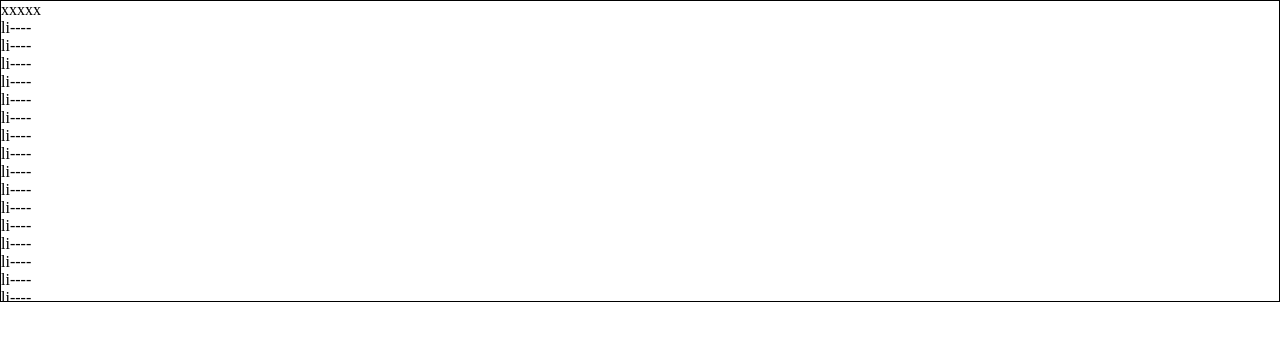
Repository: qirong77/milk-editor
Page: src/renderer/src/common/scroll.html
The author's editor kept a copy of each file at every save. The page is drawn from the files as they stood at one save, then again after the next save.
The browser window is 1280 px wide. The pictures show the whole page.

Above is the page before, as saved 2022-10-23 03:18:01.

After the next save:
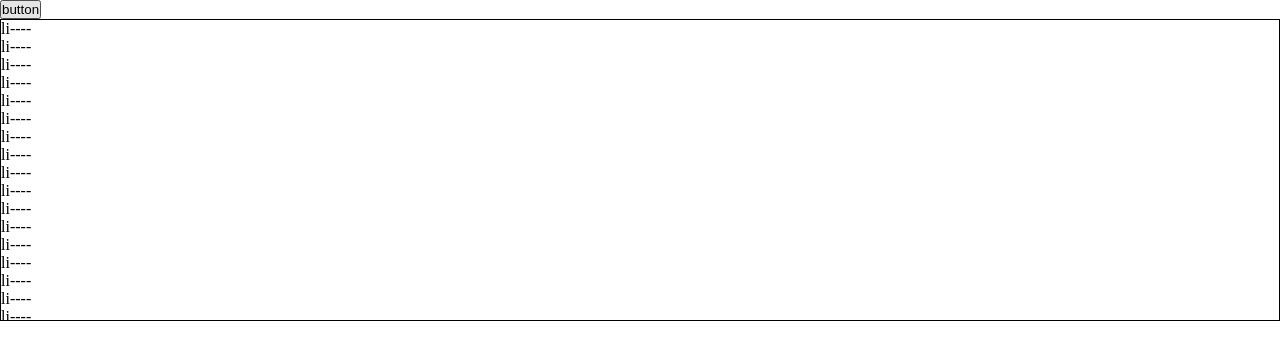
Saved 37 s later.
--- a/src/renderer/src/common/scroll.html
+++ b/src/renderer/src/common/scroll.html
@@ -18,6 +18,7 @@
     }
   </style>
   <body>
+    <button>button</button>
     <ul>
       <li>li----</li>
       <li>li----</li>
@@ -73,6 +74,9 @@
     </ul>
   </body>
   <script>
-    document.querySelector('.target').scrollIntoView()
+    document.querySelector('button').addEventListener('click',()=>{
+        document.querySelector('.target').scrollIntoView()
+
+    })
   </script>
 </html>
